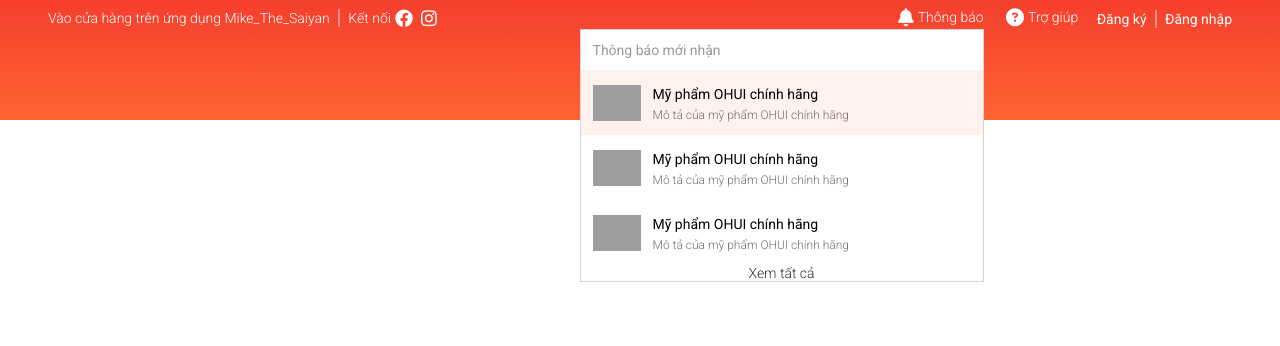
Repository: thefellowshiplotr/project_shopee
Page: index.html
The author's editor kept a copy of each file at every save. The page is drawn from the files as they stood at one save, then again after the next save.
The browser window is 1280 px wide. The pictures show the whole page.
Pictures or frames that could not be fetched are drawn as grey boxes.

Above is the page before, as saved 2022-11-07 10:29:01.

### index.html
<!DOCTYPE html>
<html lang="en">
  <head>
    <meta charset="UTF-8" />
    <meta http-equiv="X-UA-Compatible" content="IE=edge" />
    <meta name="viewport" content="width=device-width, initial-scale=1.0" />
    <title>Shopee</title>
    <link
      rel="stylesheet"
      href="https://cdnjs.cloudflare.com/ajax/libs/normalize/8.0.1/normalize.min.css"
      integrity="sha512-NhSC1YmyruXifcj/KFRWoC561YpHpc5Jtzgvbuzx5VozKpWvQ+4nXhPdFgmx8xqexRcpAglTj9sIBWINXa8x5w=="
      crossorigin="anonymous"
      referrerpolicy="no-referrer"
    />
    <link rel="preconnect" href="https://fonts.googleapis.com" />
    <link rel="preconnect" href="https://fonts.gstatic.com" crossorigin />
    <link
      href="https://fonts.googleapis.com/css2?family=Roboto:wght@300;400;500;700&display=swap"
      rel="stylesheet"
    />
    <link rel="stylesheet" href="./assets/css/base.css" />
    <link rel="stylesheet" href="./assets/css/main.css" />
    <link
      rel="stylesheet"
      href="./assets/fonts/fontawesome-free-6.2.0-web/fontawesome-free-6.2.0-web/css/all.min.css"
    />
  </head>
  <body>
    <div class="wrapper">
      <header class="header">
        <div class="grid">
          <nav class="header__navbar">
            <ul class="header__navbar-list">
              <li
                class="header__navbar-item header__navbar-item-has-qr header__navbar-item--separate"
              >
                Vào cửa hàng trên ứng dụng Mike_The_Saiyan

                <!-- Header QR -->
                <div class="header__qr">
                  <img
                    src="./assets/img/QR-shopee.png"
                    alt="QR code"
                    class="header__qr-img"
                  />
                  <div class="header__qr-apps">
                    <a href="" class="header__qr-link">
                      <img
                        src="./assets/img/appstore.png"
                        alt="Appstore"
                        class="header__qr-download-img"
                      />
                    </a>
                    <a href="" class="header__qr-link">
                      <img
                        src="./assets/img/google-play.png"
                        alt="Google Play"
                        class="header__qr-download-img"
                      />
                    </a>
                    <a href="" class="header__qr-link">
                      <img
                        src="./assets/img/app-galery.png"
                        alt="App Galary"
                        class="header__qr-download-img"
                      />
                    </a>
                  </div>
                </div>
              </li>
              <li class="header__navbar-item">
                <span class="header__navbar-title--no-pointer">Kết nối</span>
                <a href="" class="header__navbar-icon-link"
                  ><i class="header__navbar-icon fa-brands fa-facebook"></i
                ></a>
                <a href="" class="header__navbar-icon-link"
                  ><i class="header__navbar-icon fa-brands fa-instagram"></i
                ></a>
              </li>
            </ul>
            <ul class="header__navbar-list">
              <li class="header__navbar-item">
                <a href="" class="header__navbar-item-link">
                  <i class="header__navbar-icon fa-solid fa-bell"></i>
                  Thông báo
                </a>
                <div class="header__notify">
                  <header class="header__notify-header">
                    <h3>Thông báo mới nhận</h3>
                  </header>
                  <ul class="header__notify-list">
                    <li class="header__notify-item header__notify-item--viewed">
                      <a href="" class="header__notify-link">
                        <img
                          src="https://cdn.abphotos.link/photos/resized/200x120/83-1625652146-myphamohui-lgvina.png"
                          alt=""
                          class="header__notify-img"
                        />
                        <div class="header__notify-info">
                          <span class="header__notify-name"
                            >Mỹ phẩm OHUI chính hãng</span
                          >
                          <span class="header__notify-description"
                            >Mô tả của mỹ phẩm OHUI chính hãng</span
                          >
                        </div>
                      </a>
                    </li>
                    <li class="header__notify-item">
                      <a href="" class="header__notify-link">
                        <img
                          src="https://cdn.abphotos.link/photos/resized/200x120/1653708536-php4dvzf5.png"
                          alt=""
                          class="header__notify-img"
                        />
                        <div class="header__notify-info">
                          <span class="header__notify-name"
                            >Mỹ phẩm OHUI chính hãng</span
                          >
                          <span class="header__notify-description"
                            >Mô tả của mỹ phẩm OHUI chính hãng</span
                          >
                        </div>
                      </a>
                    </li>
                    <li class="header__notify-item">
                      <a href="" class="header__notify-link">
                        <img
                          src="https://cdn.abphotos.link/photos/resized/200x120/83-1625652146-myphamohui-lgvina.png"
                          alt=""
                          class="header__notify-img"
                        />
                        <div class="header__notify-info">
                          <span class="header__notify-name"
                            >Mỹ phẩm OHUI chính hãng</span
                          >
                          <span class="header__notify-description"
                            >Mô tả của mỹ phẩm OHUI chính hãng</span
                          >
                        </div>
                      </a>
                    </li>
                  </ul>
                  <footer class="header__notify-footer">
                    <a href="" class="header__notify-footer-btn">Xem tất cả</a>
                  </footer>
                </div>
              </li>
              <li class="header__navbar-item">
                <a href="" class="header__navbar-item-link">
                  <i
                    class="header__navbar-icon fa-solid fa-circle-question"
                  ></i>
                  Trợ giúp
                </a>
              </li>
              <li
                class="header__navbar-item header__navbar-item--strong header__navbar-item--separate"
              >
                Đăng ký
              </li>
              <li class="header__navbar-item header__navbar-item--strong">
                Đăng nhập
              </li>
            </ul>
          </nav>
        </div>
      </header>

      <div class="container"></div>

      <footer class="footer"></footer>
    </div>
  </body>
</html>

### assets/css/base.css
:root {
  --primary-color: #ee4d2d;
  --white-color: #fff;
  --black-color: #000;
  --text-color: #333;
}

* {
  box-sizing: inherit;
}

html {
  font-size: 62.5%; /* Sử dụng kĩ thuật HACK*/
  line-height: 1.6rem;
  font-family: "Roboto", sans-serif;
  box-sizing: border-box;
}

.grid {
  width: 1200px;
  max-width: 100%;
  margin: 0 auto;
}

.grid__full-width {
  width: 100%;
}

.grid__row {
  display: flex;
  flex-wrap: wrap;
}

/* Animation */
@keyframes fadeIn {
  from {
    opacity: 0;
  }
  to {
    opacity: 1;
  }
}

### assets/css/main.css
.header {
  height: 120px;
  background-image: linear-gradient(0, #fe6433, #f53e2d);
}

.header__navbar {
  display: flex;
  justify-content: space-between;
  align-items: center;
}

.header__navbar-list {
  list-style: none;
  padding-left: 0;
  margin-top: 4px;
}

.header__navbar-item {
  margin: 0 8px;
  position: relative;
  min-height: 25px;
}

.header__navbar-item-has-qr:hover .header__qr {
  display: block;
}

.header__navbar-item,
.header__navbar-item-link {
  display: inline-block;
  font-size: 1.4rem;
  color: var(--white-color);
  text-decoration: none;
  font-weight: 300;
}

.header__navbar-item,
.header__navbar-item-link,
.header__navbar-icon-link {
  display: inline-flex;
  align-items: center;
}

.header__navbar-item:hover,
.header__navbar-item-link:hover,
.header__navbar-icon-link:hover {
  cursor: pointer;
  color: rgba(255, 255, 255, 0.7);
}

.header__navbar-item--strong {
  font-weight: 400;
}

.header__navbar-item--separate::after {
  content: "";
  display: block;
  position: absolute;
  border: 1px solid #fb9086;
  height: 16px;
  right: -10px;
  top: 50%;
  transform: translateY(-50%);
}

.header__navbar-icon-link {
  color: var(--white-color);
  text-decoration: none;
}

.header__navbar-icon {
  font-size: 1.8rem;
  margin: 0 4px;
}

.header__navbar-title--no-pointer {
  cursor: text;
  color: var(--white-color);
}

/* Header QR code*/
.header__qr {
  width: 186px;
  background-color: var(--white-color);
  position: absolute;
  left: 0;
  top: 118%; /* làm cho nó cao bằng 100% chiều cao của thằng chứa nó*/
  padding: 8px;
  border-radius: 2px;
  display: none;
  animation: fadeIn ease-in 0.4s;
}

.header__qr::before {
  position: absolute;
  left: 0;
  top: -16px;
  width: 100%;
  height: 20px;
  content: "";
  display: block;
}

.header__qr-img {
  width: 100%;
}

.header__qr-apps {
  display: flex;
  justify-content: space-between;
  flex-wrap: wrap;
  margin-top: 5px;
}

.header__qr-link:nth-child(1) {
  margin-left: 9px;
}

.header__qr-link:nth-child(2) {
  margin-right: 9px;
}
.header__qr-link:nth-child(3) {
  margin-left: 8px;
  margin-top: 8px;
}

.header__qr-download-img {
  height: 16px;
}

/* header notification */

.header__notify {
  position: absolute;
  top: 100%;
  width: 404px;
  right: 0;
  border: 1px solid #d3d3d3;
  background-color: var(--white-color);
}

.header__notify-header {
  height: 40px;
  background-color: var(--white-color);
}

.header__notify-header h3 {
  color: #999;
  margin: 0 0 0 12px;
  font-weight: 400;
  font-size: 1.4rem;
  line-height: 40px;
}

.header__notify-list {
  padding-left: 0;
}

.header__notify-item {
  display: flex;
}

.header__notify-item:hover {
  background-color: #f7f7f7;
}

.header__notify-item--viewed {
  background-color: rgba(238, 75, 43, 0.08);
}

.header__notify-link {
  display: flex;
  width: 100%;
  padding: 12px;
  text-decoration: none;
}

.header__notify-img {
  width: 48px;
  object-fit: contain;
}

.header__notify-info {
  margin-left: 12px;
}

.header__notify-name {
  display: block;
  color: var(--black-color);
  font-size: 1.4rem;
  font-weight: 400;
  line-height: calc(25 / 14);
}

.header__notify-description {
  display: block;
  font-size: 1.2rem;
  color: #756f6e;
}

.header__notify-footer {
  text-align: center;
}

.header__notify-footer-btn {
  text-decoration: none;
  color: var(--text-color);
  padding: 4px 16px;
}

Loaded but not shown: assets/fonts/fontawesome-free-6.2.0-web/fontawesome-free-6.2.0-web/css/all.min.css (library)

After the next save:
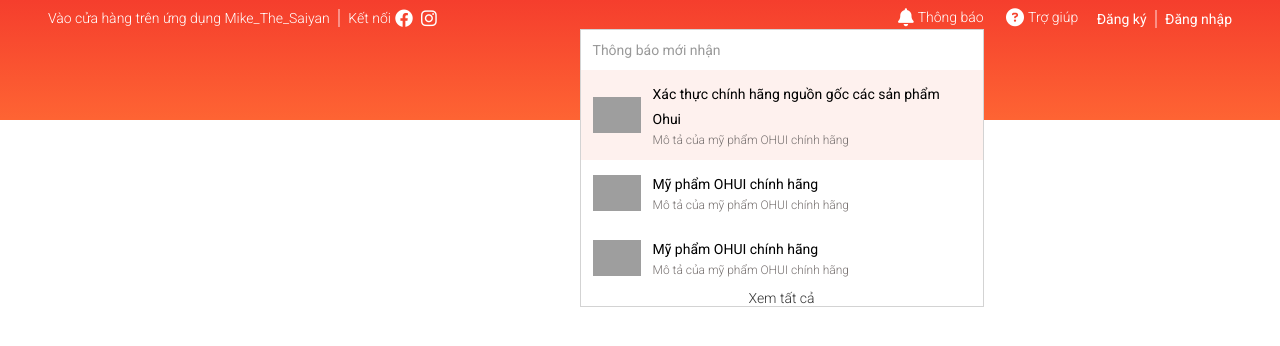
Saved 40 s later.
--- a/index.html
+++ b/index.html
@@ -98,7 +98,8 @@
                         />
                         <div class="header__notify-info">
                           <span class="header__notify-name"
-                            >Mỹ phẩm OHUI chính hãng</span
+                            >Xác thực chính hãng nguồn gốc các sản phẩm
+                            Ohui</span
                           >
                           <span class="header__notify-description"
                             >Mô tả của mỹ phẩm OHUI chính hãng</span
